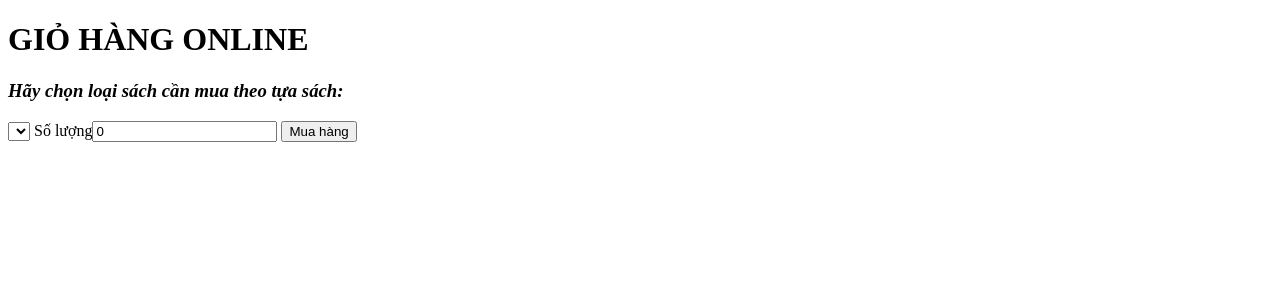
Repository: trangtruc/Java_NangCao
Page: http://localhost/Demo_Database/Myeshop.jsp
An editor plug-in stored every save of this project. The page is shown before and after the next save, followed by the edit.
The browser window is 1280 px wide. The pictures show the whole page.
The page is served by Tomcat 9. Other server files are loaded and not shown. Queries for data that is not in the repository find no rows.

Above is the page before, as saved 2017-03-11 18:30:04.

### Buoi4/Demo_Database/WebContent/Myeshop.jsp
<%@page contentType="text/html" pageEncoding="UTF-8"%>
<%@page import="servlet.*" %>
<%@page import="java.util.ArrayList" %>
<!DOCTYPE HTML PUBLIC "-//W3C//DTD HTML 4.01 Transitional//EN"
    "http://www.w3.org/TR/html4/loose.dtd">

<html>
    <head>
        <title>My E-Shop</title>
        <script type="text/javascript">
            function kt(){
                var s=document.getElementById("sl").value;
                if(isNaN(s) || s<=0)
                    return false;
                return true;
            }
        </script>
    </head>
    <body>
        <h1>GIỎ HÀNG ONLINE</h1>
        <%
            DbActions db = new DbActions();
            ArrayList<Sanpham> dssp = db.getAllProducts();
        %>
        <form action="Access" method="post">
            <h3><i>Hãy chọn loại sách cần mua theo tựa sách:

            </i></h3>


            <select name="monhang">
                <%
            for (Sanpham sp : dssp) {%>
                <option value="<%=sp.getId()%>"><%=sp.getTitle()%></option>

                <%}%>
            </select>
            Số lượng<input name="soluong" value="0" id="sl"/>
            <input type="hidden" name="action" value="muahang"/>
            <input type="submit" value="Mua hàng" onclick="return kt()"/>


        </form>
        <br/>
        <jsp:include page="Myecart.jsp" flush="true"/>
    </body>
</html>

### Buoi4/Demo_Database/WebContent/Myecart.jsp
<%@page contentType="text/html" pageEncoding="UTF-8"%>
<%@page import="java.util.ArrayList" %>
<%@page import="servlet.*" %>
<%
	Object obj=session.getAttribute("giohang");
	if(obj!=null){
	    Giohang giohang=(Giohang)obj;
	    ArrayList<Monhang> dssp=giohang.getGiohang();
	    if(dssp.size()>0){
%>
<table align="center" border="1" width="95%">
    <tr>
        <th>STT</th>
        <th>Tên sách</th>
        <th>Tên tác giả</th>
        <th>Số lượng mua</th>
        <th>Đơn giá</th>
        <th>Số lượng hiện còn trong kho</th>
        <th>Thành tiền</th>
        <th></th>
    </tr>

    <%int i=1;
    for(Monhang mhang:dssp){

    	 String ms=mhang.getSanpham().getId();
    	 String tua=mhang.getSanpham().getTitle();
         String tgia=mhang.getSanpham().getAuthor();
         int sl=mhang.getSoluong();
         double dg=mhang.getSanpham().getPrice();
         int qty =mhang.getSanpham().getQty();

        %>

        <tr>
            <td><%=ms%></td>
            <td><%=tua%></td>
            <td><%=tgia%></td>
            <td><%=sl%></td>
            <td><%=dg%></td>
            <td><%=qty-sl%></td>
            <td><%=dg*sl%></td>
            <td>
                <form action="Access" method="post">
                    <input type="hidden" name="action" value="trahang"/>
                    <input type="hidden" name="mssp" value="<%=ms%>"/>
                    <input type="submit" value="Trả hàng"/>
                </form>
            </td>
        </tr>
    <%}%>
    </table>
    <br/>
        <center>
            <form method="post" action="Access">
                <input type="hidden" name="action" value="checkout"/>
                <input type="submit" value="Check out"/>
            </form>
        </center>
   <%}
   }
%>

### Buoi4/Demo_Database/src/servlet/DbActions.java
package servlet;

import java.sql.Connection;
import java.sql.DriverManager;
import java.sql.ResultSet;
import java.sql.Statement;
import java.util.ArrayList;

import servlet.Sanpham;

public class DbActions {
	private Connection conn;

	public DbActions() throws Exception{
		Class.forName("com.mysql.jdbc.Driver");
		conn = DriverManager.getConnection("jdbc:mysql://localhost:3306/ebookshop","root","");

	}





	public Sanpham getSanPhamId(String id) throws Exception {
		Sanpham sp=null;
		Statement stmt = conn.createStatement();
		String sql = "select * from books where id="+id+"";

		ResultSet rs = stmt.executeQuery(sql);
		if(rs.next()){
			String i = rs.getString("id");
			String t = rs.getString("title");
            String author = rs.getString("author");
            Float price = rs.getFloat("price");
            int quantity = rs.getInt("qty");
            sp = new Sanpham(i, t, author, price, quantity);
		}

		return sp;

	}


	public Sanpham getSanPhamAuthor(String author) throws Exception {
		Sanpham sp=null;
		Statement st = conn.createStatement();
		String sql = "SELECT * FROM books WHERE author = "
                + "'" + author + "'"
                + " AND qty > 0 ORDER BY author ASC, title ASC";
		ResultSet rs = st.executeQuery(sql);
		if(rs.next()){
			String id = rs.getString("id");
			String t = rs.getString("title");
            String au = rs.getString("author");
            Float price = rs.getFloat("price");
            int quantity = rs.getInt("qty");
            sp = new Sanpham(id, t, au, price, quantity);
		}

		return sp;
	}
	   /**
     * Lấy tât cả sản phẩm
     * @return danh sách sản phẩm
     * @throws Exception
     */
    public ArrayList<Sanpham> getAllProducts() throws Exception {
        ArrayList<Sanpham> ds = new ArrayList<Sanpham>();
        ResultSet rs = null;
        Statement stmt = conn.createStatement();
        String sql = "select * from books";
        rs = stmt.executeQuery(sql);
        while(rs.next()){
        	String id = rs.getString("id");
        	String t = rs.getString("title");
            String author = rs.getString("author");
            Float price = rs.getFloat("price");
            int quantity = rs.getInt("qty");
            ds.add(new Sanpham(id, t, author, price, quantity));
        }
        return ds;
    }


}

After the next save:
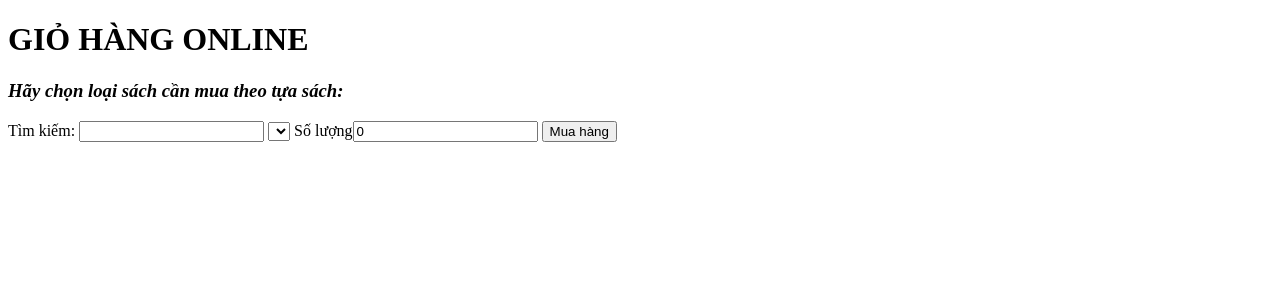
Saved 66 s later.
--- a/Buoi4/Demo_Database/WebContent/Myeshop.jsp
+++ b/Buoi4/Demo_Database/WebContent/Myeshop.jsp
@@ -27,7 +27,7 @@
 
             </i></h3>
 
-
+            Tìm kiếm: <input type="text" name="monhang"/>
             <select name="monhang">
                 <%
             for (Sanpham sp : dssp) {%>
